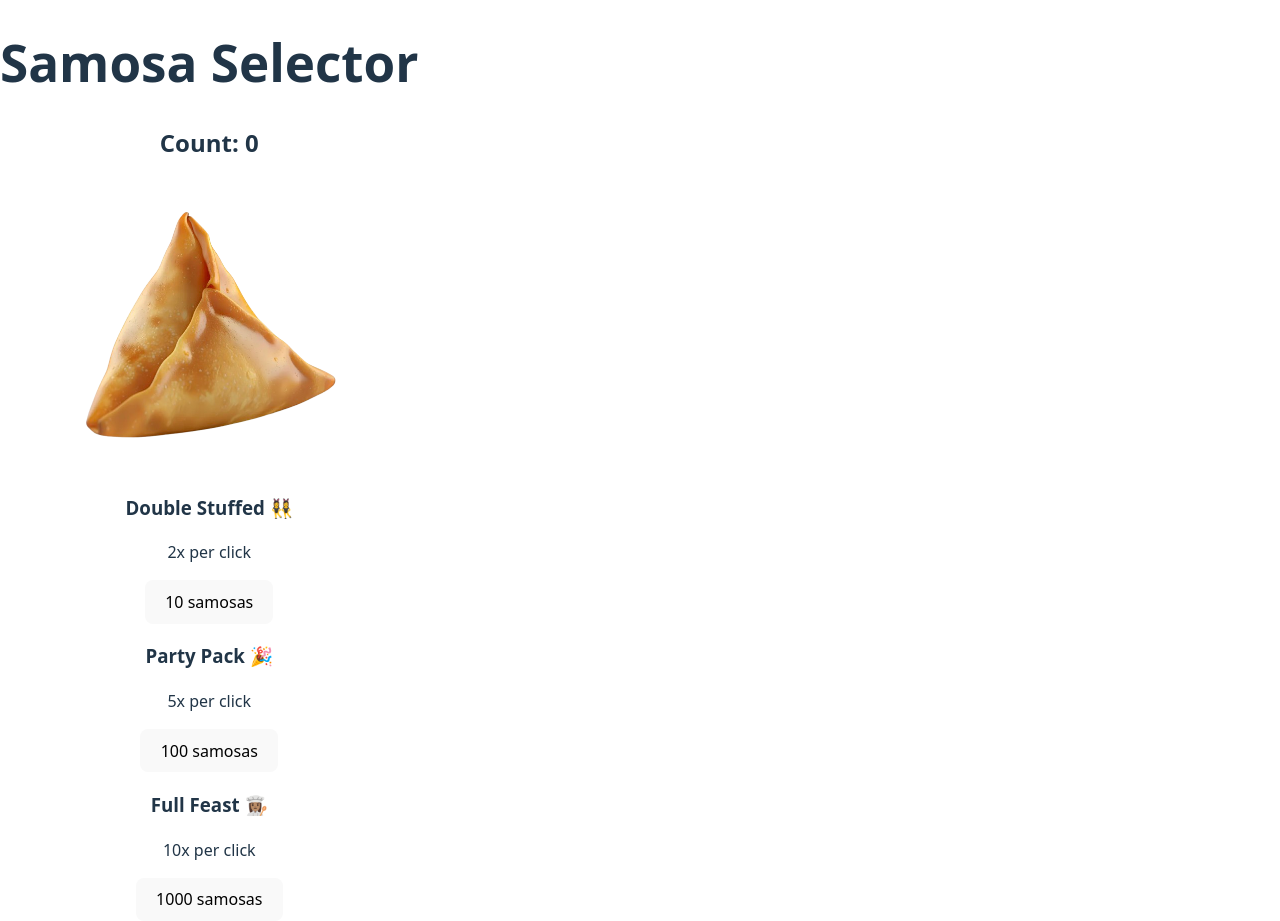
Repository: kvi1/Web102-Labs
Page: / (app in samosa-selector/)
These files come from the project's save history. The page is drawn as it stood at one moment and after the next save; the edit follows.
The browser window is 1280 px wide. The pictures show the whole page.
The project was rebuilt for these pictures with package versions that can differ from the ones it lists, and the page was loaded fresh each time. Also part of the build but not shown: samosa-selector/vite.config.js.

Above is the page before, as saved 2025-03-01 14:17:07.

After the next save:
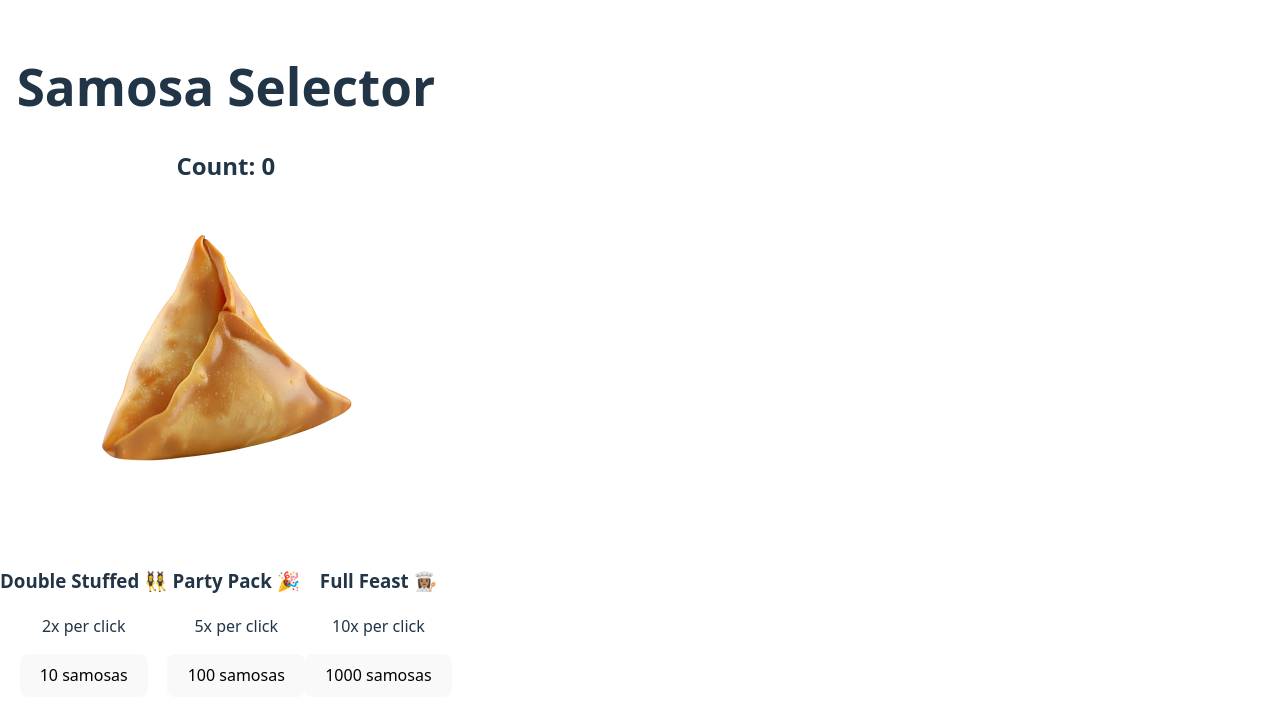
Saved 34 s later.
--- a/samosa-selector/src/App.css
+++ b/samosa-selector/src/App.css
@@ -13,3 +13,8 @@
   text-align: center;
   cursor: pointer;
 }
+
+.App .container{
+  margin-top: 50px;
+  display: flex;
+}
